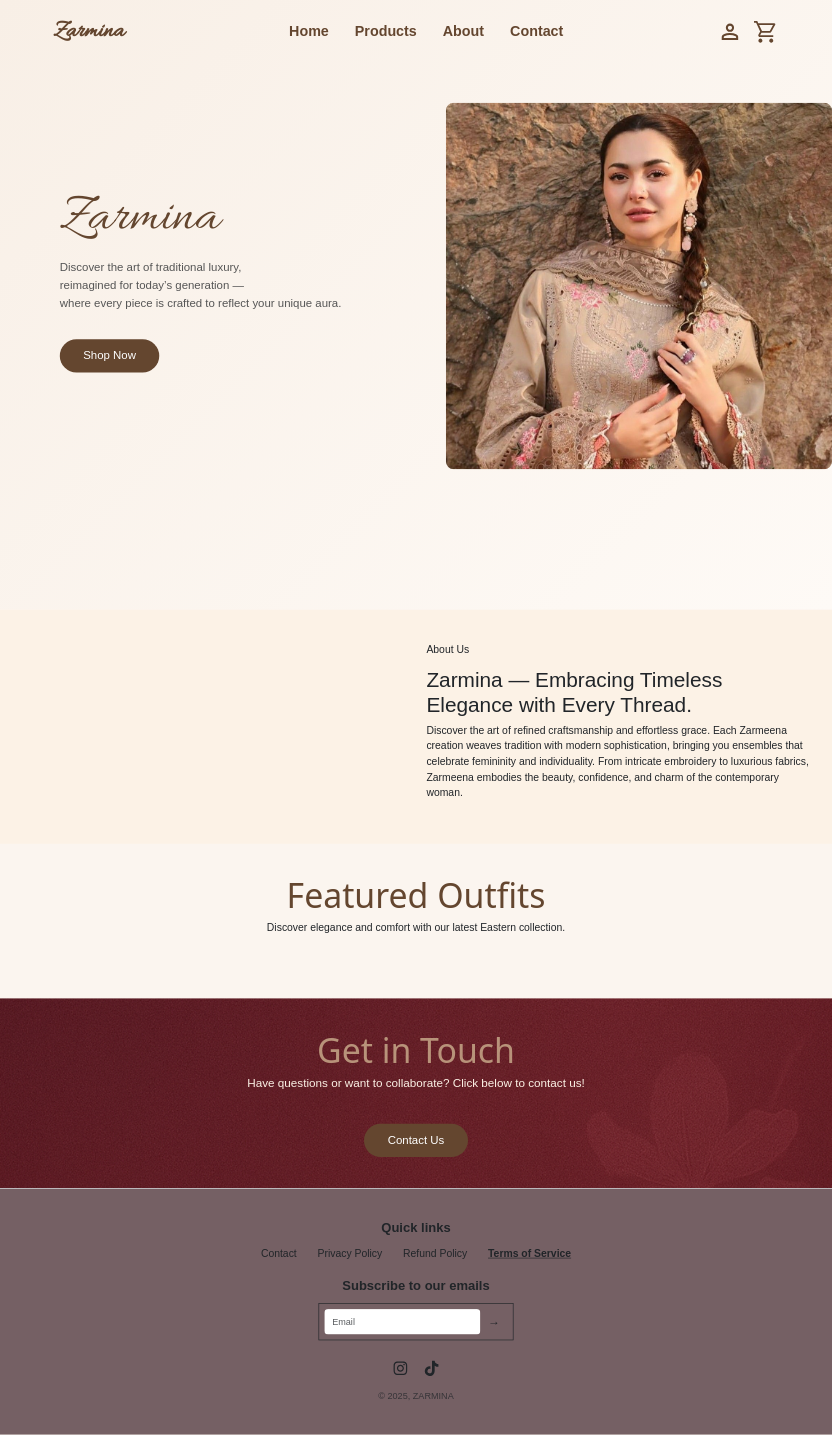
Repository: ayeshatehreem77/Clothing-store
Page: / (app in perfumes-app/)
An editor plug-in stored every save of this project. The page is shown before and after the next save, followed by the edit.
The browser window is 1280 px wide. The pictures show the whole page, at 65% of full size.
Pictures or frames that could not be fetched are drawn as grey boxes. The page's requests for data from a server got no answer. Some web fonts or font styles are not loaded; a fallback is used. The project was rebuilt for these pictures with package versions that can differ from the ones it lists, and the page was loaded fresh each time. No one was signed in, and anything a server would have sent is missing. Also part of the build but not shown: perfumes-app/src/components/Alert.js, perfumes-app/src/components/Reviews.js, perfumes-app/src/components/FeedbackForm.js.

Above is the page before, as saved 2025-10-31 21:05:18.

### perfumes-app/public/index.html
<!DOCTYPE html>
<html lang="en">

<head>
  <meta charset="utf-8" />
  <link rel="icon" href="%PUBLIC_URL%/favicon.ico" />
  <meta name="viewport" content="width=device-width, initial-scale=1" />
  <meta name="theme-color" content="#000000" />
  <meta name="description" content="Web site created using create-react-app" />
  <link rel="apple-touch-icon" href="%PUBLIC_URL%/logo192.png" />
  <!--
      manifest.json provides metadata used when your web app is installed on a
      user's mobile device or desktop. See https://developers.google.com/web/fundamentals/web-app-manifest/
    -->
  <link rel="manifest" href="%PUBLIC_URL%/manifest.json" />

  <title>Zarmina</title>

  <link rel="preconnect" href="https://fonts.googleapis.com">
  <link rel="preconnect" href="https://fonts.gstatic.com" crossorigin>
  <link
    href="https://fonts.googleapis.com/css2?family=Allura&family=Libertinus+Serif+Display&family=Lilita+One&display=swap"
    rel="stylesheet">

</head>

<body>
  <noscript>You need to enable JavaScript to run this app.</noscript>
  <div id="root"></div>
  <!--
      This HTML file is a template.
      If you open it directly in the browser, you will see an empty page.

      You can add webfonts, meta tags, or analytics to this file.
      The build step will place the bundled scripts into the <body> tag.

      To begin the development, run `npm start` or `yarn start`.
      To create a production bundle, use `npm run build` or `yarn build`.
    -->
</body>

</html>

### perfumes-app/src/index.js
import React from 'react';
import ReactDOM from 'react-dom/client';
import './index.css';
import 'bootstrap/dist/css/bootstrap.min.css';
import 'bootstrap/dist/js/bootstrap.bundle.min.js';
import App from './App';
import reportWebVitals from './reportWebVitals';
import { AuthProvider } from './context/AuthContext';

const root = ReactDOM.createRoot(document.getElementById('root'));
root.render(
  <React.StrictMode>
    <AuthProvider>
    <App />
    </AuthProvider>
  </React.StrictMode>
);

// If you want to start measuring performance in your app, pass a function
// to log results (for example: reportWebVitals(console.log))
// or send to an analytics endpoint. Learn more: https://bit.ly/CRA-vitals
reportWebVitals();

### perfumes-app/src/context/AuthContext.js
// src/context/AuthContext.js
import React, { createContext, useState, useEffect } from "react";
import axios from "axios";

export const AuthContext = createContext();

export const AuthProvider = ({ children }) => {
  const [user, setUser] = useState(null);

  // ✅ Fetch user details from backend using token
  const fetchUser = async () => {
    const token = localStorage.getItem("token");
    if (!token) return;

    try {
      const res = await axios.get("http://localhost:4000/auth/user", {
        headers: { Authorization: `Bearer ${token}` },
      });
      setUser(res.data); // { userId, email, role }
    } catch (err) {
      console.error("Failed to fetch user:", err);
      localStorage.removeItem("token");
      setUser(null);
    }
  };

  // ✅ Auto-fetch user on first render (if token exists)
  useEffect(() => {
    fetchUser();
  }, []);

  // ✅ Handle login
  const login = async (email, password) => {
    try {
      const res = await axios.post("http://localhost:4000/auth/login", {
        email,
        password,
      });

      // backend returns { authToken: "..." }
      const token = res.data.authToken;
      if (!token) throw new Error("No token returned");

      localStorage.setItem("token", token);
      await fetchUser(); // instantly update user

      return true; // success
    } catch (err) {
      console.error("Login error:", err.response?.data || err.message);
      throw err.response?.data?.message || "Login failed";
    }
  };

  // ✅ Handle logout
  const logout = () => {
    localStorage.removeItem("token");
    setUser(null);
  };

  return (
    <AuthContext.Provider value={{ user, login, logout, fetchUser }}>
      {children}
    </AuthContext.Provider>
  );
};

### perfumes-app/src/App.css
body {
  font-family: 'Poppins', sans-serif;
  background-color: #FBF5EF;
}

html {
  scroll-behavior: smooth;
}


.veloura-logo {
  font-family: "Allura", cursive;
  font-weight: 400;
  font-style: normal;
  font-size: 37px;
  color: #64462F !important;
}

.navbar {
  background: transparent !important;
}

button.navbar-toggler {
  border: none !important;
}

.navbar-toggler-icon {
  background-image: url("data:[embedded picture, 222 characters]");
}



.nav-link {
  color: #64462F !important;
  font-size: 22px;
  font-weight: 600;
}

.hero-section {
  background: linear-gradient(135deg, #f8efe6, #fefaf6);

  min-height: 100vh;
  display: flex;
  flex-direction: column;
  font-family: "Poppins", sans-serif;
}

/* =============== HERO LAYOUT =============== */
.hero-layout {
  display: flex;
  justify-content: center;
  align-items: flex-start;
  width: 100%;
  max-width: 1400px;
  height: 100vh;
  margin: 60px 0;

}

/* ---------- Left Section ---------- */
.hero-left {
  flex: 1 1;
  position: relative;
  margin: 133px 0px 0 92px;
}

.main-image {
  width: 100%;
  height: 564px;
  border-radius: 12px;
  overflow: hidden;
  /* ✅ ensures image stays inside box */
  position: relative;
  background-color: #93c5fd;
}

/* Make image fill box properly */
.main-image img {
  width: 100%;
  height: 100%;
  object-fit: cover;
  /* ✅ maintains aspect ratio without stretching */
  object-position: center;
  display: block;
}


.side-handle {
  position: absolute;
  left: -50px;
  bottom: 50%;
  transform: rotate(-90deg);
  font-size: 14px;
  color: #555;
  letter-spacing: 2px;
}

/* ---------- Right Section ---------- */
.hero-right {
  flex: 1;
  display: flex;
  flex-direction: column;
  justify-content: space-between;
  gap: 2rem;
}

/* Text Area */
.hero-text h2 {
  font-size: 1.6rem;
  color: #6c6c6c;
  margin-bottom: 5px;
  letter-spacing: 2px;
}

.hero-text h1 {
  font-family: "Allura", cursive;
  font-weight: 400;
  font-style: normal;
  font-size: 5.2rem;
  color: #64462F;
  line-height: 1.1;
}

.hero-text p {
  font-size: 1.1rem;
  color: #555;
  margin-top: 15px;
  line-height: 1.6;
}

.shop-btn {
  background-color: #64462F;
  color: white;
  border: none;
  padding: 12px 36px;
  border-radius: 40px;
  font-size: 1.1rem;
  margin-top: 25px;
  cursor: pointer;
  transition: background-color 0.3s ease;
}

.shop-btn:hover {
  background-color: #a3846d;
}

/* Small Image Grid */
.image-grid {
  display: grid;
  grid-template-columns: repeat(2, 1fr);
  gap: 20px;
}

.small-box {
  height: 200px;
  background-color: #93c5fd;
  border-radius: 12px;
}

/* =============== RESPONSIVE DESIGN =============== */
@media (max-width: 992px) {
  .hero-layout {
    flex-direction: column;
    text-align: center;
  }

  .side-handle {
    display: none;
  }

  .hero-text h1 {
    font-size: 3rem;
  }

  .main-image {
    height: 400px;
  }
}


.products-section h2 {
  font-family: "Libertinus Serif Display", system-ui;
  font-weight: 400;
  font-style: normal;
  font-size: 52px;
  color: #64462F;
}

.product-card {
  transition: all 0.3s ease-in-out;
  border-radius: 10px;
  background: transparent;
}

.card-img {
  border-radius: 10px;
  /* background: #FCF2E6; */
  background: #64462F;
}

.product-card:hover {
  transform: translateY(-5px);
}

.card-text,
.card-title {
  font-size: 23px;
  color: #64462F;
}

/* about us */

.aboutus {
  display: grid;
  grid-template-columns: 1fr 1fr;
  gap: 2rem;
  align-items: center;
  padding: 2rem;
  background: #FCF2E6;
}

.right-section video {
  width: 70%;
  max-height: 80vh;
  height: 100%;
  object-fit: cover;
  display: block;
}

/* product details */


.modal-header p {
  font-size: 14px;
  color: #451b277a;
}

.product-img {
  width: 100%;
  border-radius: 10px;
}

.product-title {
  font-family: "Libertinus Serif Display", system-ui;
  font-weight: 400;
  font-style: normal;
  font-size: 36px;
  color: #64462F;
}



.modal-content {
  background: #FCF2E6 !important;
  margin: auto !important;
  height: auto;
  overflow: hidden;
}

.breadcrumb-item a {
  text-decoration: none !important;
  color: black !important;
}

.modal-dialog {
  max-width: 900px;
  display: flex;
  align-items: center;
  justify-content: center;
  min-height: calc(100vh - 2rem);
  /* keeps it centered */
}

/* Optional - pretty scrollbar inside modal */
.modal-content::-webkit-scrollbar {
  width: 8px;
}

.modal-content::-webkit-scrollbar-thumb {
  background: #d4b191;
  border-radius: 10px;
}

.modal-content::-webkit-scrollbar-thumb:hover {
  background: #b8937a;
}

.modal-body {
  padding: 2rem !important;
}

.gender,
.concentration {
  background-color: #D4B191;
  border-radius: 21%;
  padding: 6px 11px;
  margin-bottom: 5px;
}

.add-cart-btn {
  margin-top: 1rem;
  background-color: #D4B191;
  padding: 10px 25px;
  color: #451B27;
  font-weight: 600;
}

.product-detail {
  margin-top: 0;
  margin-bottom: 1rem;
  font-size: 13px;
  color: #8b745e;
}

.btn-close:focus {
  box-shadow: none !important;
  outline: none !important;
}

/* contact us */

.contact-us {
  background-image: url("Assets/contactus2-bg.png");
  background-position: center;
  background-repeat: no-repeat;
  background-size: cover;
}

.contact-section h2 {
  font-family: "Libertinus Serif Display", system-ui;
  font-weight: 400;
  font-style: normal;
  font-size: 52px;
  color: #b8937a;
  text-align: center;
}

.contact-section p {
  font-size: 18px;
  color: #FCF2E6;
  /* accent purple */
  margin-bottom: 3rem;
  text-align: center;
}

.contact-form {
  max-width: 600px;
  margin: 0 auto;
  display: grid;
  gap: 1.5rem;
}

.contact-form input,
.contact-form textarea {
  padding: 1rem 1.2rem;
  border: 2px solid #D4B191;
  /* brand pink/gold */
  border-radius: 10px;
  font-size: 16px;
  width: 100%;
  outline: none;
  transition: border 0.3s, box-shadow 0.3s;
}

.contact-form input:focus,
.contact-form textarea:focus {
  border-color: #5E1E27;
  /* pink highlight */
  box-shadow: 0 0 10px rgba(252, 65, 90, 0.2);
}

.contact-form button {
  background-color: #D4B191;
  color: #451B27;
  padding: 1rem 2.5rem;
  font-size: 18px;
  font-weight: 600;
  border: none;
  border-radius: 10px;
  cursor: pointer;
  transition: transform 0.3s, background 0.3s;
}

.rev-name {
  margin: auto;
  background-color: transparent;
  width: 100%;
}

.contact-form button:hover {
  background-color: #5E1E27;
  color: #fff;
  transform: scale(1.05);
}

/* Responsive */
@media (max-width: 768px) {
  .contact-form {
    gap: 1rem;
  }

  .contact-section h2 {
    font-size: 36px;
  }

  .contact-section p {
    font-size: 16px;
  }
}

/* Copyright */


 footer {
    position: relative;
    bottom: 0;
    width: 100%;
    background-color: #4c3239c2;
}


/* login modal */

.auth-modal-content {
  background-color: #fdf7f2 !important;
  border-radius: 16px;
  border: none;
  box-shadow: 0 4px 20px rgba(0, 0, 0, 0.1);
  height: 90vh !important;
  width: 70%;
}

.auth-title {
  color: #4c0d23;
  font-weight: 700;
}

.auth-login-btn {
  background-color: #4c0d23;
  color: #fff;
  border-radius: 12px;
  transition: background-color 0.3s ease;
}

.auth-login-btn:hover {
  background-color: #300818;
}

.auth-signup-btn {
  border: 2px solid #b8860b;
  color: #b8860b;
  border-radius: 12px;
  background-color: transparent;
  transition: all 0.3s ease;
}

.auth-signup-btn:hover {
  background-color: #b8860b;
  color: #fff;
}

.auth-forgot-link {
  color: #4c0d23;
  text-decoration: none;
  font-weight: 500;
}

.auth-forgot-link:hover {
  text-decoration: underline;
}

.authfade-enter {
  opacity: 0;
  transform: translateY(10px);
}

.authfade-enter-active {
  opacity: 1;
  transform: translateY(0);
  transition: opacity 300ms ease, transform 300ms ease;
}

.authfade-exit {
  opacity: 1;
  transform: translateY(0);
}

.authfade-exit-active {
  opacity: 0;
  transform: translateY(-10px);
  transition: opacity 300ms ease, transform 300ms ease;
}

### perfumes-app/src/components/Aboutus.js
import React, { useEffect, useRef } from 'react';

function Aboutus() {
  const videoRef = useRef(null);

  useEffect(() => {
    if (videoRef.current) {
      const playPromise = videoRef.current.play();
      if (playPromise !== undefined) {
        playPromise.catch((error) => {
          console.log("Autoplay prevented:", error);
        });
      }
    }
  }, []);

  return (
    <div id='about' className="aboutus" style={{  }}>
      <div className="right-section">
        <video
          ref={videoRef}
          autoPlay
          muted
          loop
          playsInline
          style={{ width: "100%", height: "auto", borderRadius: "12px", objectFit: "cover" }}
        >
          <source src="/assets/aboutusvideo.mp4" type="video/mp4" />
          Your browser does not support the video tag.
        </video>
      </div>
      <div className="left-section">
        <p>About Us</p>
        <h2>
         Zarmina — Embracing Timeless Elegance with Every Thread.
        </h2>
        <p>Discover the art of refined craftsmanship and effortless grace. Each Zarmeena creation weaves tradition with modern sophistication, bringing you ensembles that celebrate femininity and individuality. From intricate embroidery to luxurious fabrics, Zarmeena embodies the beauty, confidence, and charm of the contemporary woman.</p>
      </div>
    </div>
  );
}

export default Aboutus;

### perfumes-app/src/components/ContactForm.js
import React from 'react'

function ContactForm() {
  return (
    <div className='contact-us align-center text-center'>
        <div className='contact-section pt-5'>
      <h2>
        Get in Touch
      </h2>
      <p>
        Have questions or want to collaborate? Click below to contact us!
      </p>
        </div>
      <button
        type="button"
        className="btn btn-lg mb-5 mt-0 shop-btn"
        data-bs-toggle="modal"
        data-bs-target="#contactModal"
      >
        Contact Us
      </button>
    </div>
  )
}

export default ContactForm

### perfumes-app/src/components/Footer.js
import React from "react";
import { FaInstagram, FaTiktok } from "react-icons/fa";

const Footer = () => {
  return (
    <footer className=" text-center py-5 border-top">
      <div className="container">
        {/* Quick Links */}
        <h5 className="fw-bold mb-3">Quick links</h5>
        <ul className="list-inline mb-4">
          <li className="list-inline-item mx-3">
            <a href="#" className="text-dark text-decoration-none fw-medium">
              Contact
            </a>
          </li>
          <li className="list-inline-item mx-3">
            <a href="#" className="text-dark text-decoration-none fw-medium">
              Privacy Policy
            </a>
          </li>
          <li className="list-inline-item mx-3">
            <a href="#" className="text-dark text-decoration-none fw-medium">
              Refund Policy
            </a>
          </li>
          <li className="list-inline-item mx-3">
            <a href="#" className="text-dark text-decoration-none fw-bold text-decoration-underline">
              Terms of Service
            </a>
          </li>
        </ul>

        {/* Subscribe Section */}
        <div className="d-flex flex-column align-items-center mb-4">
          <h5 className="fw-bold mb-3">Subscribe to our emails</h5>
          <div className="d-flex border border-dark p-2" style={{ width: "300px" }}>
            <input
              type="email"
              className="form-control border-0 shadow-none"
              placeholder="Email"
              style={{ fontSize: "14px" }}
            />
            <button className="btn border-0 text-dark">
              <span style={{ fontSize: "18px" }}>→</span>
            </button>
          </div>
        </div>

        {/* Social Icons */}
        <div className="d-flex justify-content-center align-items-center gap-4 mb-3">
          <a href="#" className="text-dark fs-4">
            <FaInstagram />
          </a>
          <a href="#" className="text-dark fs-4">
            <FaTiktok />
          </a>
        </div>

        {/* Copyright */}
        <p className="text-muted small mb-0">
          © {new Date().getFullYear()}, <span className="text-uppercase">Zarmina</span>
        </p>
      </div>
    </footer>
  );
};

export default Footer;

### perfumes-app/src/components/Hero.js
import React from "react";
import Navbar from "./Navbar";

function Hero() {
  return (
    <div className="hero-section">
      <Navbar />

      <div className="hero-layout">
        {/* Left Main Image Box */}
        <div className="hero-left">
          <div className="hero-text">
            <h1>Zarmina</h1>
            <p>
              Discover the art of traditional luxury, <br/> reimagined for today’s generation — <br/> where every piece is crafted to reflect your unique aura.
            </p>
            <button className="shop-btn">Shop Now</button>
          </div>
        </div>

        {/* Right Side Content */}
        <div className="hero-right">
          <div className="main-image">
            <img src="assets/hero-img1.jpg" alt="" />
          </div>
        </div>
      </div>
    </div>
  );
}

export default Hero;

### perfumes-app/src/components/Products.js
import React, { useEffect, useState } from "react";

function Products({ setSelectedProduct }) {
  const [products, setProducts] = useState([]);
  const [loading, setLoading] = useState(true);

  useEffect(() => {
    const fetchProducts = async () => {
      try {
        const res = await fetch("http://localhost:4000/products");
        const data = await res.json();

        console.log("Fetched products:", data); // 👀 check console to confirm shape
        // Adjust depending on your backend response
        setProducts(data.data || data);
      } catch (error) {
        console.error("Failed to fetch products:", error);
      } finally {
        setLoading(false);
      }
    };

    fetchProducts();
  }, []);

  if (loading) return <p className="text-center">Loading products...</p>;

  return (
    <div id="products" className="products-section py-5">
      <div className="container w-75">
        <div className="product-text text-center mb-5">
          <h2>Featured Outfits</h2>
          <p className="mx-5 mb-5">
            Discover elegance and comfort with our latest Eastern collection.
          </p>
        </div>

        <div className="row">
          {products.map((product) => (
            <div className="col-md-4 mb-4" key={product._id}>
              <div
                className="card border-0 product-card h-100"
                data-bs-toggle="modal"
                data-bs-target="#productsDetails"
                onClick={() => setSelectedProduct(product)}
              >
                <img
                   src={`http://localhost:4000${product.images?.[0]}`}
                  className="card-img card-img-top"
                  alt={product.name}
                />
                <div className="card-body text-center">
                  <h5 className="card-title">{product.name}</h5>
                  <p className="card-text text-muted">Rs. {product.price}</p>
                </div>
              </div>
            </div>
          ))}
        </div>
      </div>
    </div>
  );
}

export default Products;

### perfumes-app/src/components/Navbar.js
import React, { useContext } from "react";
import { AuthContext } from "../context/AuthContext";

function Navbar() {
  const { user, logout } = useContext(AuthContext);

  return (
    <nav className="navbar navbar-expand-lg py-3">
      <div className="container d-flex justify-content-between align-items-center">
        <a className="navbar-brand fw-bold veloura-logo" href="/">
          Zarmina
        </a>

        <ul className="navbar-nav mx-auto d-lg-flex flex-row gap-4">
          <li className="nav-item"><a className="nav-link" href="/">Home</a></li>
          <li className="nav-item"><a className="nav-link" href="#products">Products</a></li>
          <li className="nav-item"><a className="nav-link" href="#about">About</a></li>
          <li className="nav-item">
            <a className="nav-link" href="/" data-bs-toggle="modal" data-bs-target="#contactModal">Contact</a>
          </li>
        </ul>

        <div className="d-none d-lg-flex align-items-center gap-3">
            <a
              className="nav-link p-0"
              href="#"
              data-bs-toggle="modal"
              data-bs-target="#authModal"
            >
              <svg xmlns="http://www.w3.org/2000/svg" height="38px" viewBox="0 -960 960 960" width="38px" fill="#64462F"><path d="M480-480q-66 0-113-47t-47-113q0-66 47-113t113-47q66 0 113 47t47 113q0 66-47 113t-113 47ZM160-160v-112q0-34 17.5-62.5T224-378q62-31 126-46.5T480-440q66 0 130 15.5T736-378q29 15 46.5 43.5T800-272v112H160Zm80-80h480v-32q0-11-5.5-20T700-306q-54-27-109-40.5T480-360q-56 0-111 13.5T260-306q-9 5-14.5 14t-5.5 20v32Zm240-320q33 0 56.5-23.5T560-640q0-33-23.5-56.5T480-720q-33 0-56.5 23.5T400-640q0 33 23.5 56.5T480-560Zm0-80Zm0 400Z" /></svg>
            </a>

          <a
            href="#"
            className="nav-link"
            data-bs-toggle="modal"
            data-bs-target="#cartModal"
          >
            <svg xmlns="http://www.w3.org/2000/svg" height="40px" viewBox="0 -960 960 960" width="40px" fill="#64462F"><path d="M284.53-80.67q-30.86 0-52.7-21.97Q210-124.62 210-155.47q0-30.86 21.98-52.7Q253.95-230 284.81-230t52.69 21.98q21.83 21.97 21.83 52.83t-21.97 52.69q-21.98 21.83-52.83 21.83Zm400 0q-30.86 0-52.7-21.97Q610-124.62 610-155.47q0-30.86 21.98-52.7Q653.95-230 684.81-230t52.69 21.98q21.83 21.97 21.83 52.83t-21.97 52.69q-21.98 21.83-52.83 21.83ZM238.67-734 344-515.33h285.33l120-218.67H238.67ZM206-800.67h589.38q22.98 0 34.97 20.84 11.98 20.83.32 41.83L693.33-490.67q-11 19.34-28.87 30.67-17.87 11.33-39.13 11.33H324l-52 96h487.33V-286H278q-43 0-63-31.83-20-31.84-.33-68.17l60.66-111.33-149.33-316H47.33V-880h121.34L206-800.67Zm138 285.34h285.33H344Z"/></svg>
          </a>
        </div>
      </div>
    </nav>
  );
}

export default Navbar;

Loaded but not shown: perfumes-app/src/index.css (common file); perfumes-app/src/reportWebVitals.js (common file); perfumes-app/src/components/Login.js (294 lines, source omitted); perfumes-app/src/components/ProductsDetails.js (173 lines, source omitted); perfumes-app/src/components/AddToCart.js (158 lines, source omitted); perfumes-app/src/components/ContactModal.js (121 lines, source omitted); perfumes-app/src/App.js (116 lines, source omitted)

After the next save:
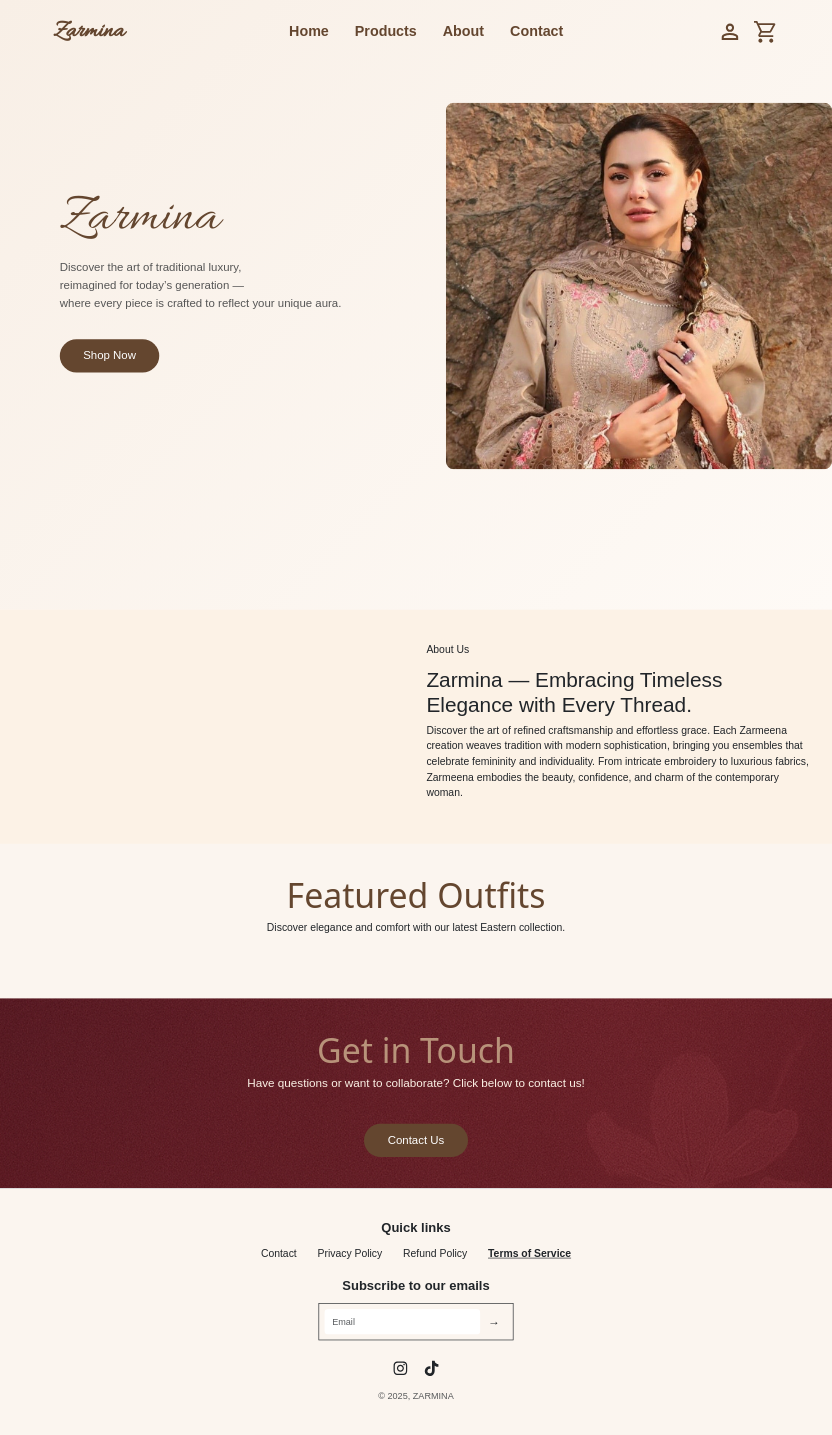
Saved 35 s later.
--- a/perfumes-app/src/App.css
+++ b/perfumes-app/src/App.css
@@ -415,7 +415,7 @@ button.navbar-toggler {
     position: relative;
     bottom: 0;
     width: 100%;
-    background-color: #4c3239c2;
+    background-color: transparent;
 }
 
 
